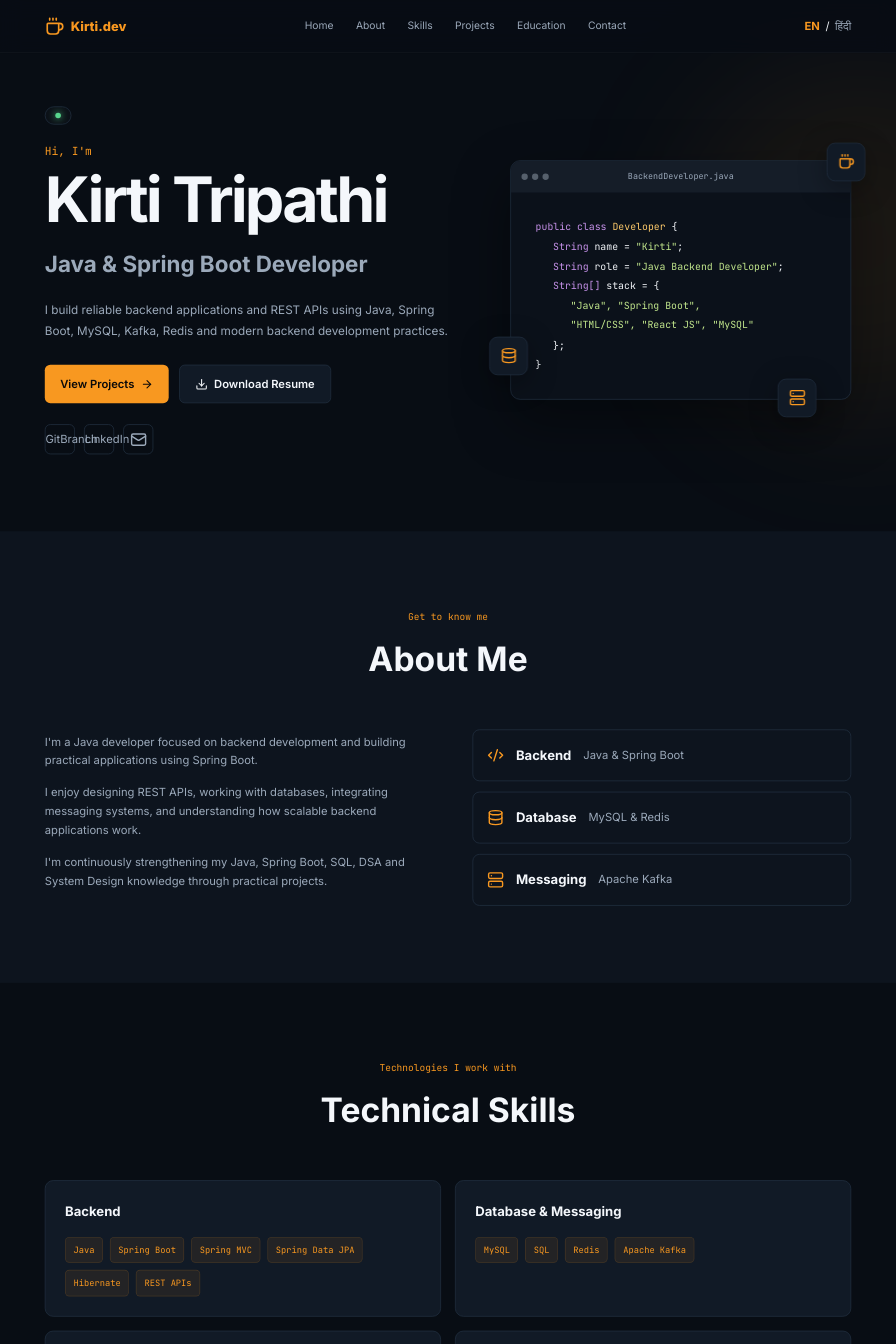
Repository: Rashi-Kirti06/En-Hi-Portfolio
Page: /
The author's editor kept a copy of each file at every save. The page is drawn from the files as they stood at one save, then again after the next save.
The browser window is 1280 px wide. The pictures show the part of the page from y = 0 to 1920 px (the page is 4876 px tall before and 4837 px after), at 70% of full size.
The project was rebuilt for these pictures with package versions that can differ from the ones it lists, and the page was loaded fresh each time. Also part of the build but not shown: vite.config.js.

Above is the page before, as saved 2026-09-06 15:59:02.

After the next save:
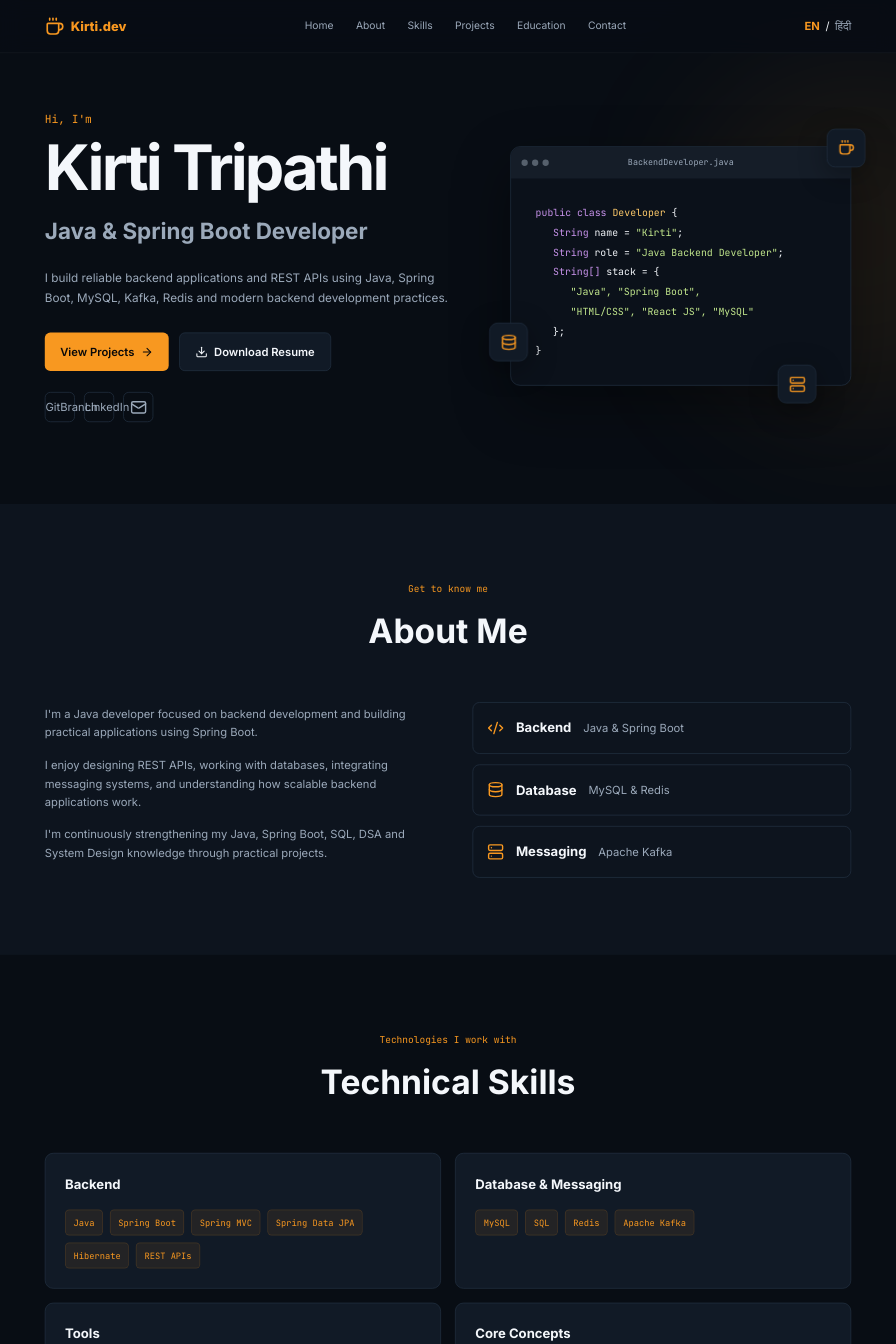
Saved 48 s later.
--- a/src/components/Hero.jsx
+++ b/src/components/Hero.jsx
@@ -25,10 +25,10 @@ function Hero({ language }) {
           transition={{ duration: 0.7 }}
         >
 
-          <div className="availability">
+          {/* <div className="availability">
             <span className="availability-dot"></span>
             {t.available}
-          </div>
+          </div> */}
 
           <p className="hero-greeting">{t.greeting}</p>
 
